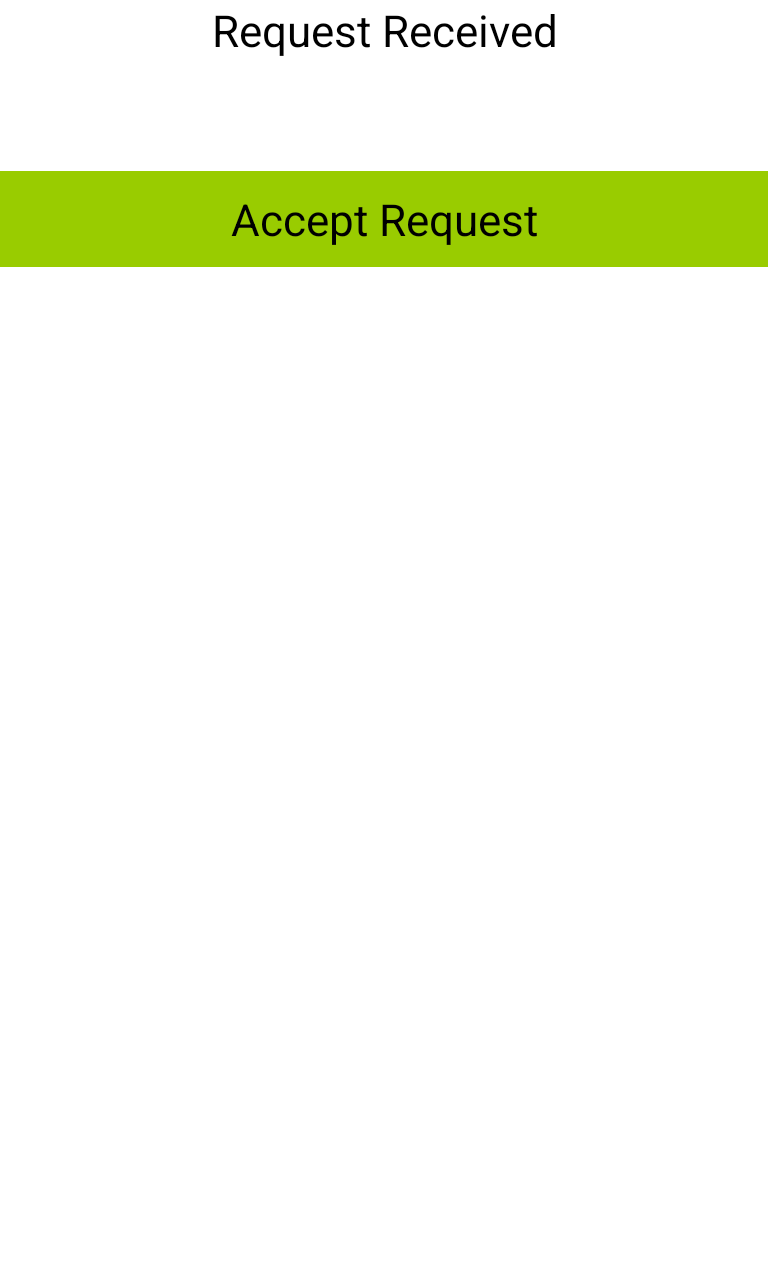
Repository: srivast6/SafeWalk
Layout: android/SafeWalk/res/layout/tryout.xml
The author's editor kept a copy of each file at every save. The layout is drawn from the files as they stood at one save, then again after the next save.
It is drawn on a 768 x 1280 px phone screen (xhdpi) without system bars, with theme android:Theme.Holo.Light; the app's code is not run.

Above is the layout before, as saved 2013-11-20 16:13:53.

After the next save:
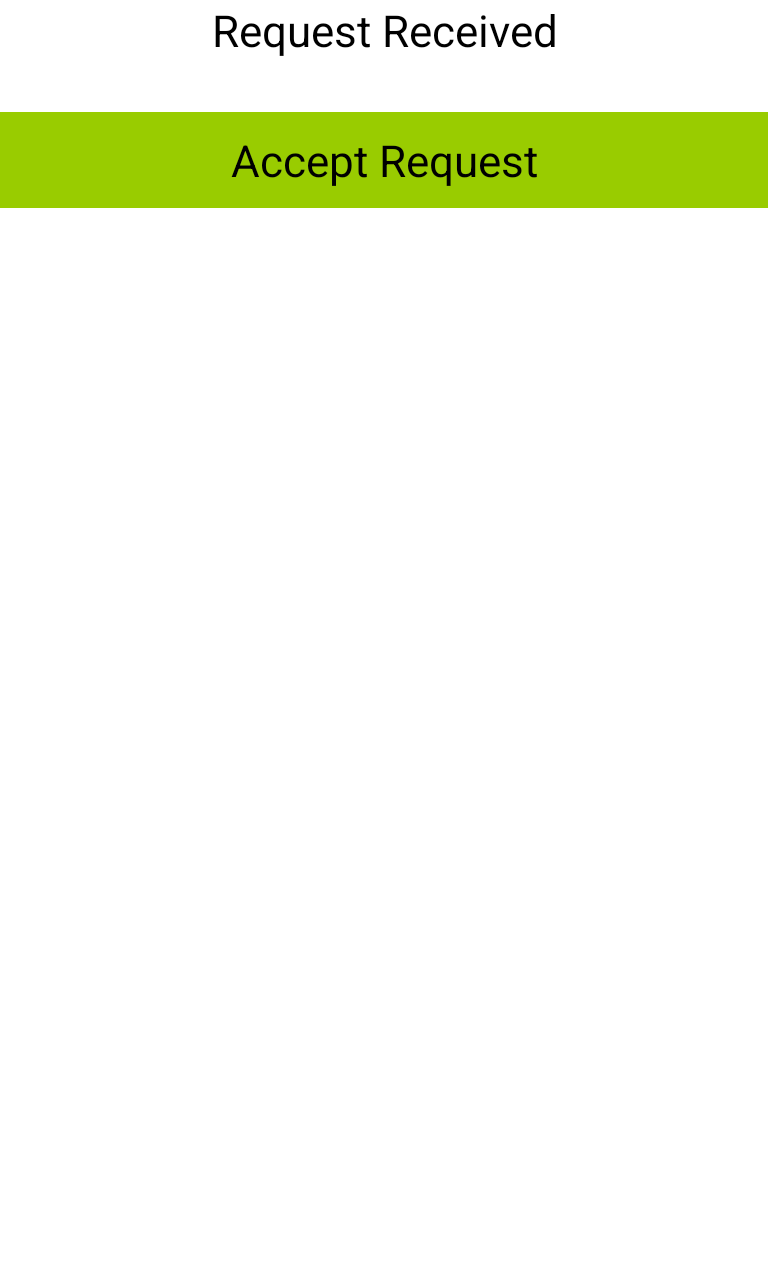
Saved 39 s later.
--- a/android/SafeWalk/res/layout/tryout.xml
+++ b/android/SafeWalk/res/layout/tryout.xml
@@ -26,6 +26,7 @@
             android:layout_width="match_parent"
             android:layout_height="wrap_content"
             android:layout_below="@id/tV_RqstResvd"
+            android:layout_alignTop="@id/tV_RqstResvd"
             android:layout_marginTop="56dp"
             android:background="@android:color/holo_green_light"
             android:gravity="center"
